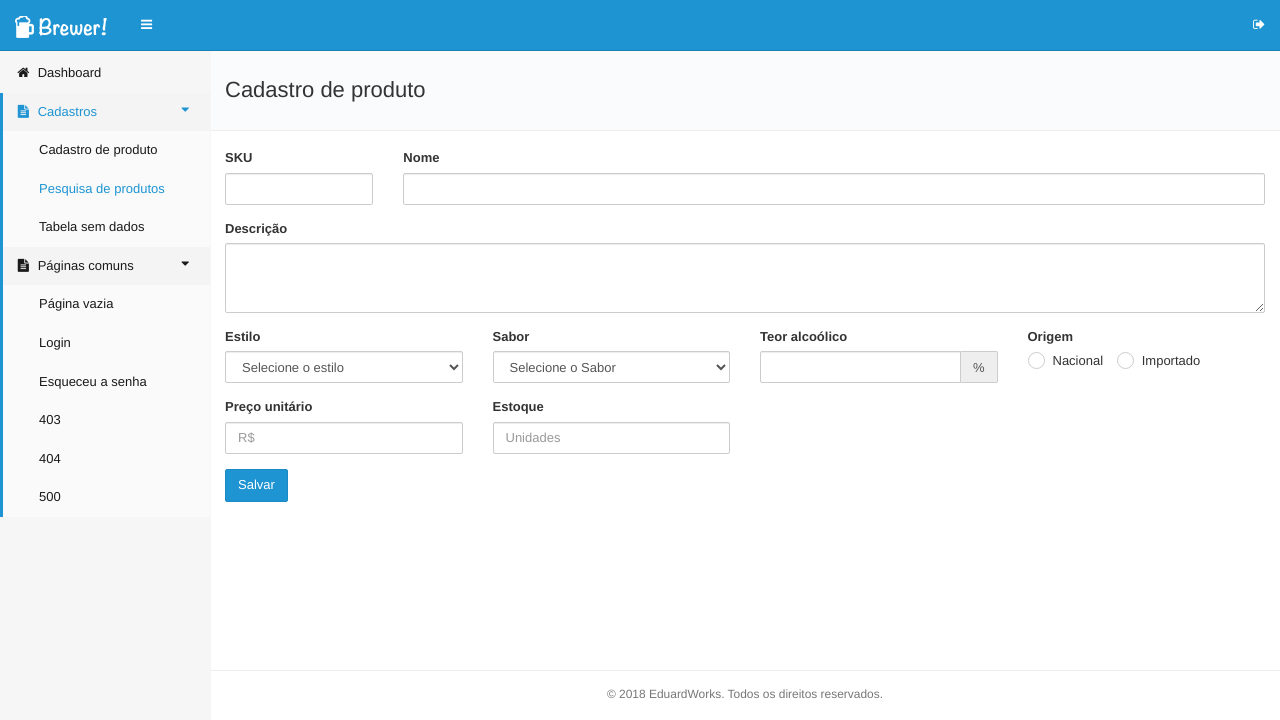
Repository: dumuller/spring-expert
Page: http://localhost/cerveja/CadastroCerveja
An editor plug-in stored every save of this project. The page is shown before and after the next save, followed by the edit.
The browser window is 1280 px wide. The pictures show the whole page.
The page is this project's Thymeleaf template; nobody is signed in. The template is opened directly, without the code that normally fills it, so the values that code supplies are empty.

Above is the page before, as saved 2018-12-10 16:51:30.

### brewer/src/main/resources/templates/cerveja/CadastroCerveja.html
<!DOCTYPE html>
<html lang="pt"xmlns="http://www.w3.org/1999/xhtml "
	           xmlns:th="http://www.thymeleaf.org">
<head>
	<meta charset="UTF-8"/>
	<meta http-equiv="X-UA-Compatible" content="IE=edge"/>
	<meta name="viewport" content="width=device-width, initial-scale=1"/>

	<title>Brewer</title>

	<link rel="stylesheet" type="text/css" href="/brewer/layout/stylesheets/vendors.min.css"/>
	<link rel="stylesheet" type="text/css" href="/brewer/layout/stylesheets/algaworks.min.css"/>
	<link rel="stylesheet" type="text/css" href="/brewer/layout/stylesheets/application.css"/>

	<!-- HTML5 shim and Respond.js for IE8 support of HTML5 elements and media queries -->
	<!-- WARNING: Respond.js doesn't work if you view the page via file:// -->
	<!--[if lt IE 9]>
		<script src="https://oss.maxcdn.com/html5shiv/3.7.2/html5shiv.min.js"></script>
		<script src="https://oss.maxcdn.com/respond/1.4.2/respond.min.js"></script>
	<![endif]-->
</head>
<body>

	<div class="aw-layout-page">


	<nav class="navbar  navbar-fixed-top  navbar-default  js-sticky-reference" id="main-navbar">
	  <div class="container-fluid">

	    <div class="navbar-header">
	      <a class="navbar-brand  hidden-xs" href="#">
	        <img alt="AlgaWorks" src="/brewer/images/logo.png"/>
	      </a>

	      <ul class="nav  navbar-nav">
	        <li>
	          <a href="#" class="js-sidebar-toggle"><i class="fa  fa-bars"></i></a>
	        </li>
	      </ul>
	    </div>

	    <ul class="nav navbar-nav  navbar-right">

	      <li>
	        <a href="#"><em class="fa  fa-sign-out"></em></a>
	      </li>
	    </ul>

	  </div>
	</nav>

	<aside class="aw-layout-sidebar  js-sidebar">
		<div class="aw-layout-sidebar__content">

	    	<nav class="aw-menu  js-menu">
	      		<ul class="aw-menu__list">

	        	<li class="aw-menu__item">
	         	 	<a href="dashboard.html"><i class="fa  fa-fw  fa-home"></i><span>Dashboard</span></a>
	       		</li>

	        	<li class="aw-menu__item  is-active">
	          	<a href="#">
	            	<i class="fa  fa-fw  fa-file-text"></i><span>Cadastros</span>
	            	<i class="aw-menu__navigation-icon  fa"></i>
	          	</a>

	          	<ul class="aw-menu__list  aw-menu__list--sublist">
	            	<li class="aw-menu__item  aw-menu__item--link"><a href="cadastro-produto.html">Cadastro de produto</a></li>
	            	<li class="aw-menu__item  aw-menu__item--link  is-active"><a href="pesquisa-produtos.html">Pesquisa de produtos</a></li>
	            	<li class="aw-menu__item  aw-menu__item--link"><a href="tabela-sem-dados.html">Tabela sem dados</a></li>
	          	</ul>
	        	</li>

	        	<li class="aw-menu__item  is-expanded">
	          	<a href="#">
	            	<i class="fa  fa-fw  fa-file-text"></i><span>Páginas comuns</span>
	            	<i class="aw-menu__navigation-icon  fa"></i>
	          	</a>

	          	<ul class="aw-menu__list  aw-menu__list--sublist">
	            	<li class="aw-menu__item  aw-menu__item--link"><a href="pagina-vazia.html">Página vazia</a></li>
	            	<li class="aw-menu__item  aw-menu__item--link"><a href="login.html">Login</a></li>
	            	<li class="aw-menu__item  aw-menu__item--link"><a href="esqueceu-a-senha.html">Esqueceu a senha</a></li>
	            	<li class="aw-menu__item  aw-menu__item--link"><a href="403.html">403</a></li>
	            	<li class="aw-menu__item  aw-menu__item--link"><a href="404.html">404</a></li>
	            	<li class="aw-menu__item  aw-menu__item--link"><a href="500.html">500</a></li>
	          	</ul>
	        	</li>

	      		</ul>
	    	</nav>

		</div>
	</aside>

	<section class="aw-layout-content  js-content">


		<div class="page-header">
			<div class="container-fluid">
				<h1>
					Cadastro de produto
				</h1>
			</div>
		</div>

		<div class="container-fluid">

			<!-- <div class="alert  alert-danger  alert-dismissible" role="alert">
				<button type="button" class="close" data-dismiss="alert" aria-label="Close"><span aria-hidden="true">&times;</span></button>
				<i class="fa  fa-exclamation-circle"></i> Já existe um produto com o nome informado.
			</div> -->

			<form method="POST" th:object="${cerveja}" class="form-vertical  js-form-loading">
				<div class="row">
						<div class="col-sm-2 form-group">
							<label for="sku">SKU</label>
							<input id="sku" type="text" class="form-control"/>
						</div>

						<div class="col-sm-10 form-group">
							<label for="nome">Nome</label>
							<input id="nome" type="text" class="form-control"></input>
						</div>

				</div>

				<div class="form-group">
					<label for="descricao">Descrição</label>
					<textarea id="descricao" rows="3" class="form-control"></textarea>
				</div>

				<div class="row">
						<div class="col-sm-3 form-group">
							<label for="estilo">Estilo</label>
							<select id="estilo" class="form-control">
								<option value="">Selecione o estilo</option>
								<option value="1">Pale Ale</option>
								<option value="2">Pilsen</option>
								<option value="3">Weiss</option>
								<option value="4">IPA</option>
							</select>
						</div>

						<div class="col-sm-3 form-group">
							<label for="sabor">Sabor</label>
							<select id="sabor" class="form-control">
								<option value="">Selecione o Sabor</option>
								<option value="1">Trigo</option>
								<option value="2">Frutada</option>
								<option value="3">Puro Malte</option>
							</select>
						</div>

						<div class="col-sm-3 form-group">
							<label for="teorAlcoolico">Teor alcoólico</label>
							<div class="input-group">
								<input id="teorAlcoolico" type="text" class="form-control"/>
								<div class="input-group-addon">%</div>
							</div>

						</div>

						<div class="col-lg-3 col-sm-6 form-group">
							<label for="origem">Origem</label>
								<div>
									<div class="radio radio-inline">
										<input type="radio" name="origem">
										<label>Nacional</label>
									</div>

									<div class="radio radio-inline">
										<input type="radio" name="origem">
										<label>Importado</label>
									</div>
								</div>

						</div>
				</div>

				<div class="row">
					<div class="col-sm-3">
						<div class="form-group">
							<label for="input-produto-preco">Preço unitário</label>
							<input id="input-produto-preco" type="text" class="form-control" placeholder="R$"/>
						</div>
					</div>

					<div class="col-sm-3">
						<div class="form-group">
							<label for="input-produto-estoque">Estoque</label>
							<input id="input-produto-estoque" type="text" class="form-control" placeholder="Unidades"/>
						</div>
					</div>
				</div>

				<div class="form-group">
					<button class="btn  btn-primary" type="submit">Salvar</button>
				</div>

			</form>
		</div>

	</section>

	<footer class="aw-layout-footer  js-content">
		<div class="container-fluid">
			<span class="aw-footer-disclaimer">&copy; 2018 EduardWorks. Todos os direitos reservados.</span>
		</div>
	</footer>

</div>

<script src="/brewer/layout/javascripts/vendors.min.js"></script>
<script src="/brewer/layout/javascripts/algaworks.min.js"></script>

</body>
</html>

### brewer/src/main/resources/static/layout/stylesheets/application.css
.table-pesq-produto-col-preco {
  min-width: 130px;
  text-align: center;
  display: none !important;
}
@media (min-width: 992px) {
  .table-pesq-produto-col-preco {
    display: block !important;
  }
  table.table-pesq-produto-col-preco {
    display: table !important;
  }
  tr.table-pesq-produto-col-preco {
    display: table-row !important;
  }
  th.table-pesq-produto-col-preco,
  td.table-pesq-produto-col-preco {
    display: table-cell !important;
  }
}
.table-pesq-produto-col-estoque {
  min-width: 100px;
  text-align: center;
  display: none !important;
}
@media (min-width: 992px) {
  .table-pesq-produto-col-estoque {
    display: block !important;
  }
  table.table-pesq-produto-col-estoque {
    display: table !important;
  }
  tr.table-pesq-produto-col-estoque {
    display: table-row !important;
  }
  th.table-pesq-produto-col-estoque,
  td.table-pesq-produto-col-estoque {
    display: table-cell !important;
  }
}
.table-pesq-produto-col-status {
  min-width: 100px;
  text-align: center;
}
.table-pesq-produto-col-acoes {
  min-width: 105px;
  text-align: center;
}

Loaded but not shown: brewer/src/main/resources/static/layout/stylesheets/vendors.min.css (library); brewer/src/main/resources/static/layout/stylesheets/algaworks.min.css (library); brewer/src/main/resources/static/layout/javascripts/vendors.min.js (library); brewer/src/main/resources/static/layout/javascripts/algaworks.min.js (common file)

After the next save:
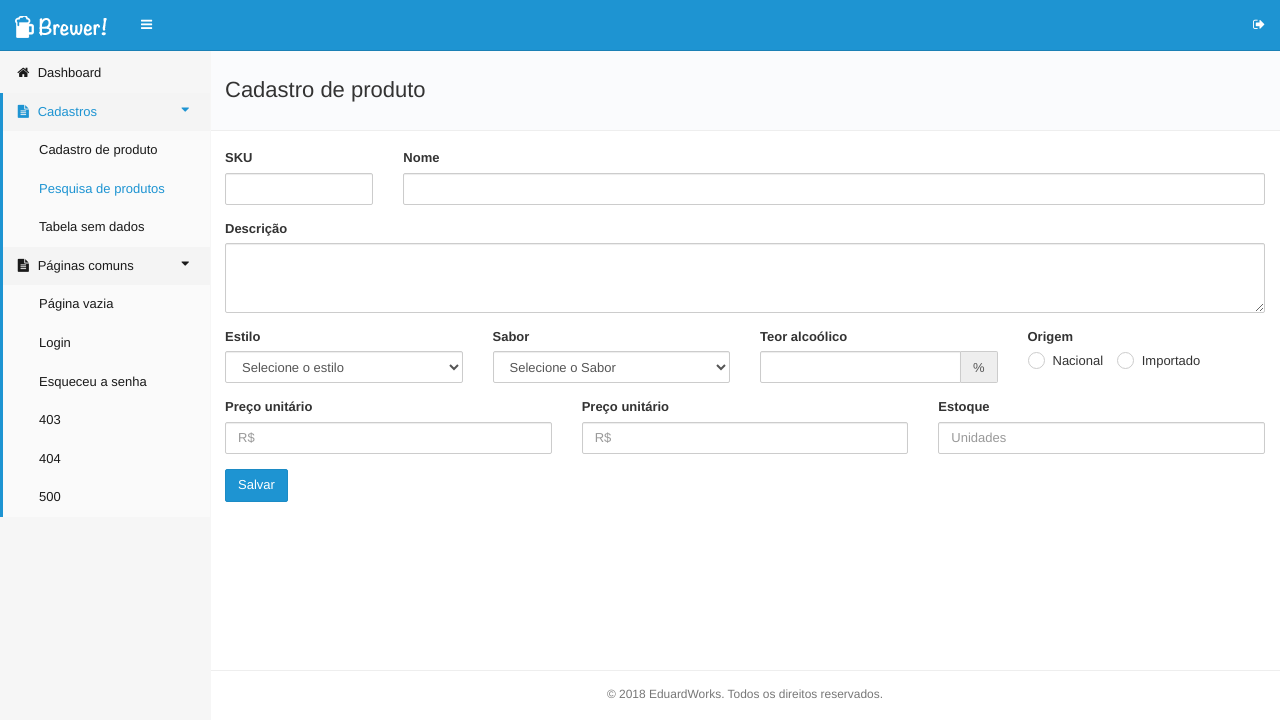
Saved 105 s later.
--- a/brewer/src/main/resources/templates/cerveja/CadastroCerveja.html
+++ b/brewer/src/main/resources/templates/cerveja/CadastroCerveja.html
@@ -180,14 +180,21 @@
 				</div>
 
 				<div class="row">
-					<div class="col-sm-3">
+					<div class="col-sm-4">
 						<div class="form-group">
 							<label for="input-produto-preco">Preço unitário</label>
 							<input id="input-produto-preco" type="text" class="form-control" placeholder="R$"/>
 						</div>
 					</div>
 
-					<div class="col-sm-3">
+					<div class="col-sm-4">
+						<div class="form-group">
+							<label for="input-produto-preco">Preço unitário</label>
+							<input id="input-produto-preco" type="text" class="form-control" placeholder="R$"/>
+						</div>
+					</div>
+
+					<div class="col-sm-4">
 						<div class="form-group">
 							<label for="input-produto-estoque">Estoque</label>
 							<input id="input-produto-estoque" type="text" class="form-control" placeholder="Unidades"/>
